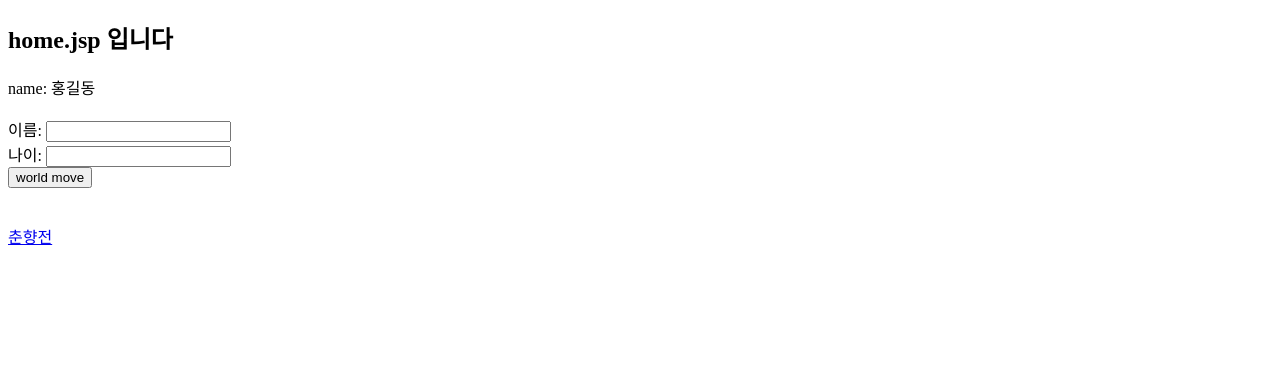
Repository: 0-ssg/chickenstock
Page: http://localhost/springSample2/home.do
These files come from the project's save history. The page is drawn as it stood at one moment and after the next save; the edit follows.
The browser window is 1280 px wide. The pictures show the whole page.
The page is served by Tomcat 9. Other server files are loaded and not shown.

Above is the page before, as saved 2023-07-11 05:43:50.

### springSample2/src/main/webapp/WEB-INF/views/home.jsp
<%@ page language="java" contentType="text/html; charset=UTF-8"
    pageEncoding="UTF-8"%>
<!DOCTYPE html>
<html>
<head>
<meta charset="UTF-8">
<title>Insert title here</title>
</head>
<body>

<h2>home.jsp 입니다</h2>

<%
	// 짐 풀기
	String name = (String)request.getAttribute("name");
%>

name: <%=name %>

<br><br>

<form action="world.do" method="post">
이름: <input type="text" name="name"><br>
나이: <input type="text" name="age"><br>
<input type="submit" value="world move">
</form>

<br><br>

<a href="world.do?name=성춘향&age=16">춘향전</a>

</body>
</html>

After the next save:
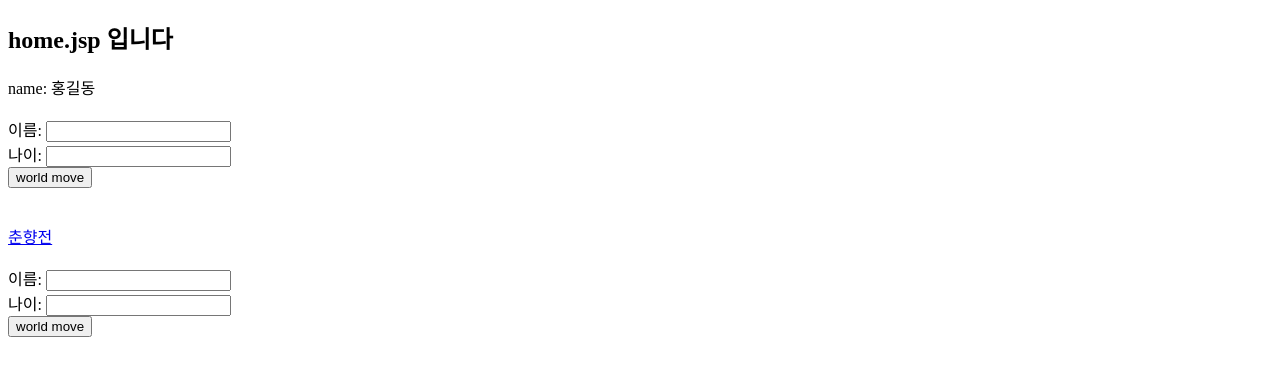
Saved 18 min 27 s later.
--- a/springSample2/src/main/webapp/WEB-INF/views/home.jsp
+++ b/springSample2/src/main/webapp/WEB-INF/views/home.jsp
@@ -29,5 +29,13 @@
 
 <a href="world.do?name=성춘향&age=16">춘향전</a>
 
+<br><br>
+
+<form action="object.do" method="post">
+이름: <input type="text" name="name"><br>
+나이: <input type="text" name="age"><br>
+<input type="submit" value="world move">
+</form>
+
 </body>
 </html>
